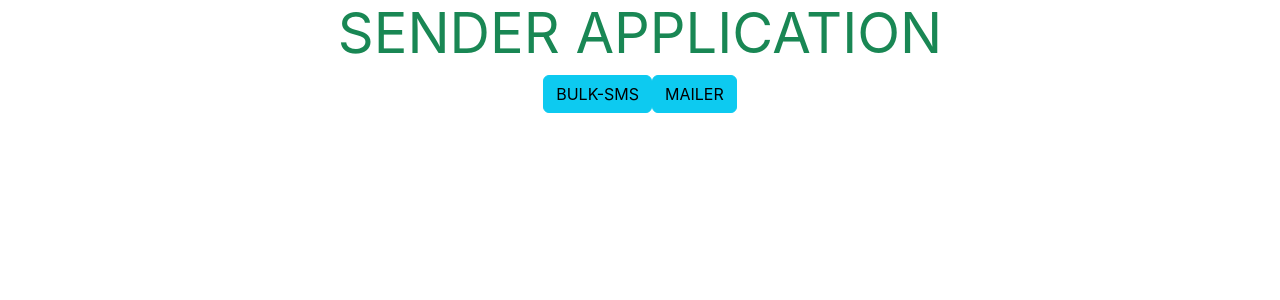
Repository: oluwaseyi9325/react-redux
Page: /mailer
These files come from the project's save history. The page is drawn as it stood at one moment and after the next save; the edit follows.
The browser window is 1280 px wide. The pictures show the whole page.
The project was rebuilt for these pictures with package versions that can differ from the ones it lists, and the page was loaded fresh each time. Also part of the build but not shown: src/Pages/Index.tsx, src/Pages/NotFond.tsx.

Above is the page before, as saved 2023-04-18 17:15:50.

After the next save:
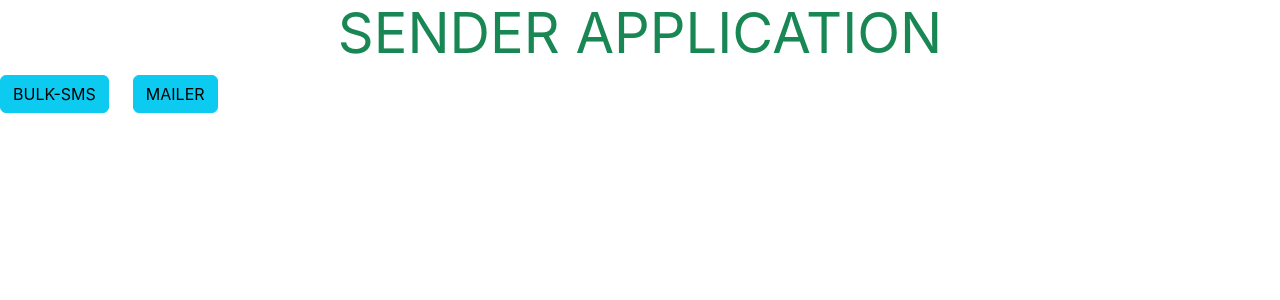
Saved 5 s later.
--- a/src/Components/NavBar.tsx
+++ b/src/Components/NavBar.tsx
@@ -6,7 +6,7 @@ const NavBar = () => {
 
       <div className='text-center'>
         <h4 className='text-success display-4'><b>SENDER APPLICATION</b></h4>
-        <div className='gap-4'>
+        <div className='gap-4 d-flex'>
             <button className='btn btn-info'>BULK-SMS</button>
             <button className='btn btn-info'>MAILER</button>
         </div>
